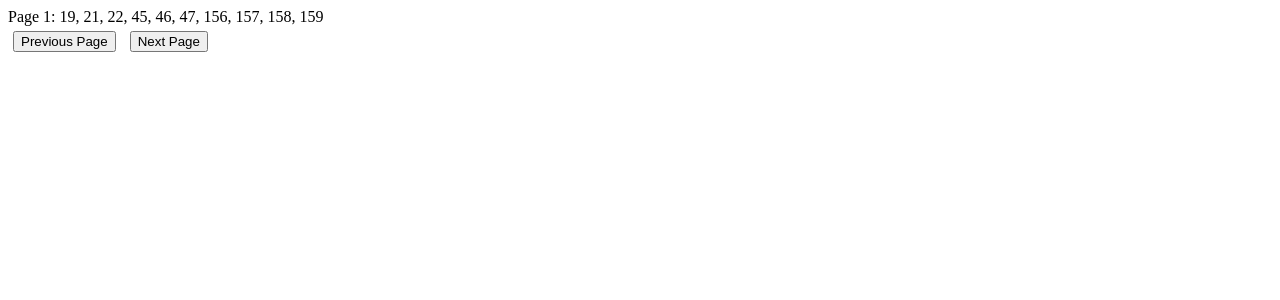
Repository: NopeImNotHere/dotfiles
Page: workspace/playspace/test.html/test.html
An editor plug-in stored every save of this project. The page is shown before and after the next save, followed by the edit.
The browser window is 1280 px wide. The pictures show the whole page.

Above is the page before, as saved 2024-03-20 18:49:54.
Console error: TypeError: Cannot read properties of null (reading 'addEventListener')

After the next save:
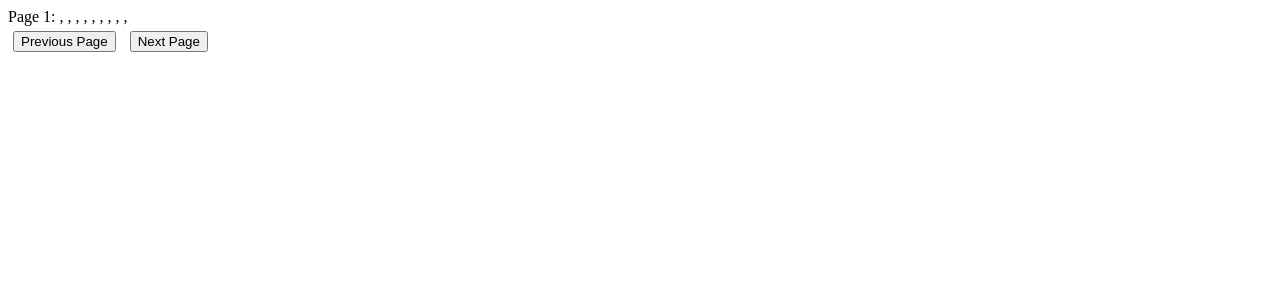
Saved 70 s later.
--- a/workspace/playspace/test.html/test.html
+++ b/workspace/playspace/test.html/test.html
@@ -62,122 +62,27 @@
     }
 
     // Example usage:
-    const data = {
-      "Unterricht": [
-        {
-          "PK_Unterricht": 19,
-          "FK_Turnus": 3,
-          "FK_Schuelergruppenart": 3,
-          "Wochenstunden": 23,
-          "Zusatzinformation": "Te",
-          "FK_Schuljahr": 3,
-          "LetztesUpdate": "2024-01-30 11:12:26"
-        },
-        {
-          "PK_Unterricht": 21,
-          "FK_Turnus": 3,
-          "FK_Schuelergruppenart": 3,
-          "Wochenstunden": 23,
-          "Zusatzinformation": "Te",
-          "FK_Schuljahr": 3,
-          "LetztesUpdate": "2024-01-30 11:20:21"
-        },
-        {
-          "PK_Unterricht": 22,
-          "FK_Turnus": 3,
-          "FK_Schuelergruppenart": 3,
-          "Wochenstunden": 23,
-          "Zusatzinformation": "Te",
-          "FK_Schuljahr": 3,
-          "LetztesUpdate": "2024-01-30 11:20:41"
-        },
-        {
-          "PK_Unterricht": 45,
-          "FK_Turnus": 1,
-          "FK_Schuelergruppenart": 1,
-          "Wochenstunden": 22,
-          "Zusatzinformation": "123",
-          "FK_Schuljahr": 1,
-          "LetztesUpdate": "2024-02-06 12:31:26"
-        },
-        {
-          "PK_Unterricht": 46,
-          "FK_Turnus": 1,
-          "FK_Schuelergruppenart": 1,
-          "Wochenstunden": 22,
-          "Zusatzinformation": "123",
-          "FK_Schuljahr": 1,
-          "LetztesUpdate": "2024-02-06 12:31:37"
-        },
-        {
-          "PK_Unterricht": 47,
-          "FK_Turnus": 1,
-          "FK_Schuelergruppenart": 1,
-          "Wochenstunden": 22,
-          "Zusatzinformation": "123",
-          "FK_Schuljahr": 1,
-          "LetztesUpdate": "2024-02-06 12:31:37"
-        },
-        {
-          "PK_Unterricht": 156,
-          "FK_Turnus": 1,
-          "FK_Schuelergruppenart": 1,
-          "Wochenstunden": 4,
-          "Zusatzinformation": "gcfg",
-          "FK_Schuljahr": 1,
-          "LetztesUpdate": "2024-03-07 12:12:22"
-        },
-        {
-          "PK_Unterricht": 157,
-          "FK_Turnus": 1,
-          "FK_Schuelergruppenart": 1,
-          "Wochenstunden": 0,
-          "Zusatzinformation": "gcfg",
-          "FK_Schuljahr": 1,
-          "LetztesUpdate": "2024-03-07 12:14:08"
-        },
-        {
-          "PK_Unterricht": 158,
-          "FK_Turnus": 1,
-          "FK_Schuelergruppenart": 1,
-          "Wochenstunden": 0,
-          "Zusatzinformation": "gcfg",
-          "FK_Schuljahr": 1,
-          "LetztesUpdate": "2024-03-07 12:14:24"
-        },
-        {
-          "PK_Unterricht": 159,
-          "FK_Turnus": 1,
-          "FK_Schuelergruppenart": 1,
-          "Wochenstunden": 0,
-          "Zusatzinformation": "",
-          "FK_Schuljahr": 1,
-          "LetztesUpdate": "2024-03-07 12:14:31"
-        },
-        {
-          "PK_Unterricht": 167,
-          "FK_Turnus": 1,
-          "FK_Schuelergruppenart": 1,
-          "Wochenstunden": 333,
-          "Zusatzinformation": "Test",
-          "FK_Schuljahr": 1,
-          "LetztesUpdate": "2024-03-20 14:38:20"
-        }
-      ]
-    }
-
-    const itemsPerPage = 10; // Adjust the number of items per page as needed
-    const key = "PK_Unterricht"; // Specify the key to paginate on
-
-    const paginator = new Paginator(data.Unterricht, itemsPerPage, key);
+    const data = Array.from({ length: 56 }, (_, i) => i + 1); // Example data from 1 to 100
+    const itemsPerPage = 10;
+    const paginator = new Paginator(data, itemsPerPage);
     paginator.displayCurrentPage();
 
     // Button event listeners
     document.getElementById('prevBtn').addEventListener('click', () => paginator.prevPage());
     document.getElementById('nextBtn').addEventListener('click', () => paginator.nextPage());
+
+    function backwards() {
+      paginator.prevPage();
+      paginator.displayCurrentPage();
+    }
+
+    function forwards() {
+      paginator.nextPage();
+      paginator.displayCurrentPage();
+    }
   </script>
-  <button id="prevBtn">Previous Page</button>
-  <button id="nextBtn">Next Page</button>
+  <button id="prevBtn" onclick="backwards()">Previous Page</button>
+  <button id="nextBtn" onclick="forwards()">Next Page</button>
 </body>
 
 </html>
